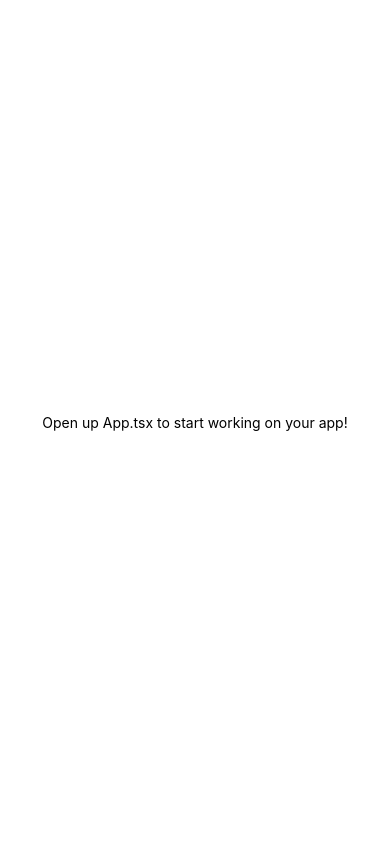
Repository: duongnoob23/WIND_SPEED_IOT
Screen: /Portfolio
An editor plug-in stored every save of this project. The screen is shown before and after the next save, followed by the edit.
The app was drawn by React Native's web renderer in a window 390 px wide. The project was rebuilt for these pictures with package versions that can differ from the ones it lists, and the page was loaded fresh each time.

Above is the screen before, as saved 2025-03-10 15:09:53.

### App.tsx
import { StatusBar } from "expo-status-bar";
import { StyleSheet, Text, View } from "react-native";

export default function App() {
  return (
    <View style={styles.container}>
      <Text>Open up App.tsx to start working on your app!</Text>
      <StatusBar style="auto" />
    </View>
  );
}

const styles = StyleSheet.create({
  container: {
    display: "flex",
    flex: 1,
    backgroundColor: "#fff",
    alignItems: "center",
    justifyContent: "center",
  },
});

After the next save:
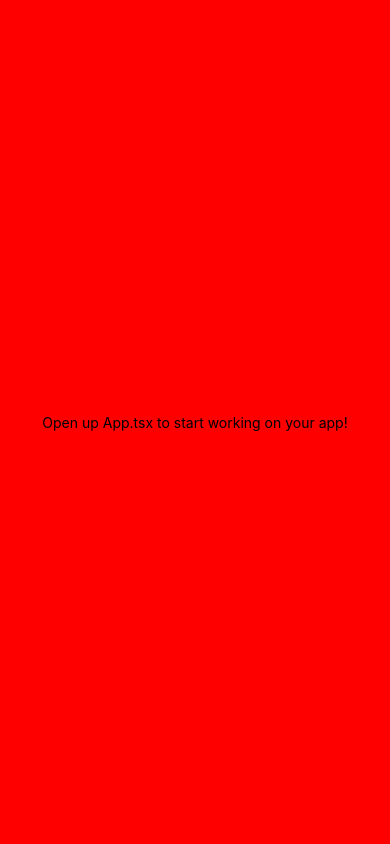
Saved 5 s later.
--- a/App.tsx
+++ b/App.tsx
@@ -14,7 +14,7 @@
   container: {
     display: "flex",
     flex: 1,
-    backgroundColor: "#fff",
+    backgroundColor: "red",
     alignItems: "center",
     justifyContent: "center",
   },

After the save that followed:
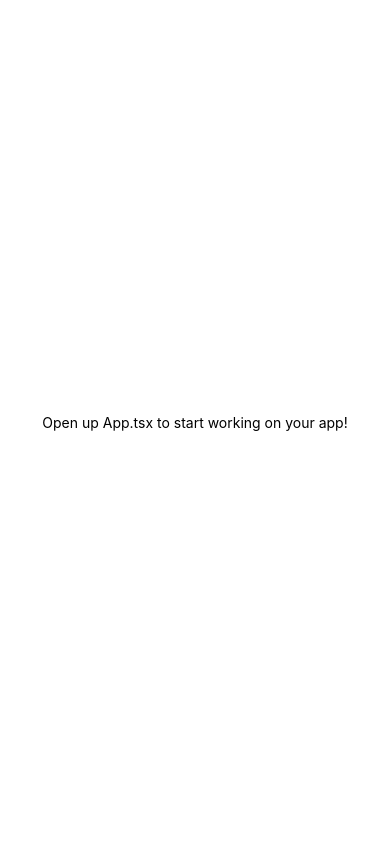
Saved 7 s later.
--- a/App.tsx
+++ b/App.tsx
@@ -14,7 +14,7 @@
   container: {
     display: "flex",
     flex: 1,
-    backgroundColor: "red",
+    backgroundColor: "grean",
     alignItems: "center",
     justifyContent: "center",
   },
